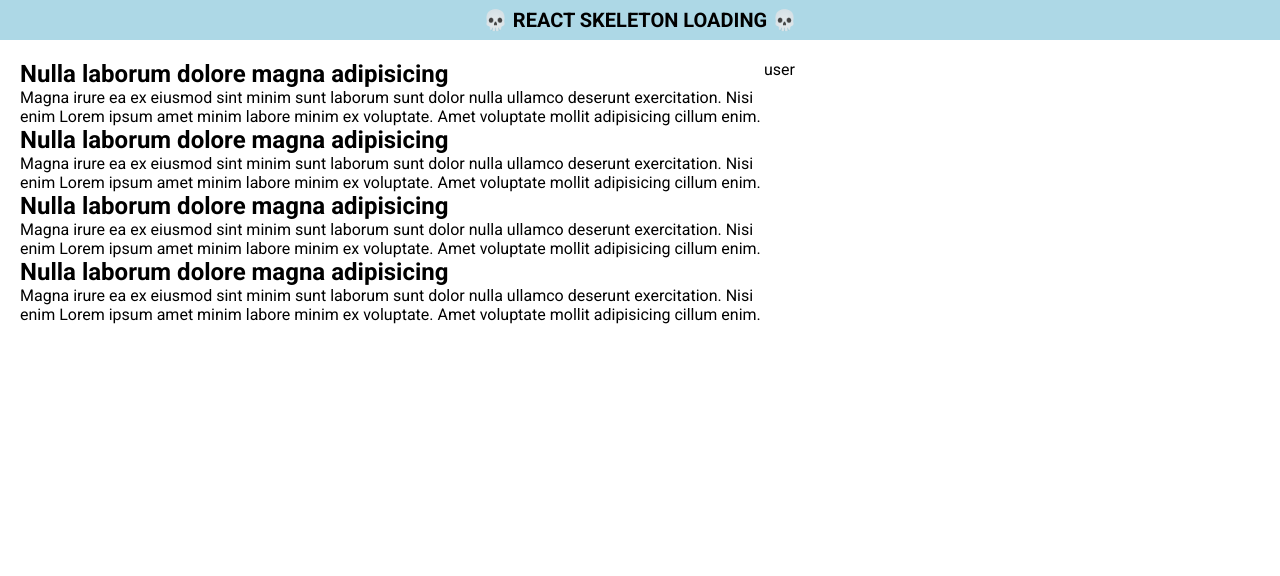
Repository: ethanJones21/React-Skeleton-Loading
Page: /
An editor plug-in stored every save of this project. The page is shown before and after the next save, followed by the edit.
The browser window is 1280 px wide. The pictures show the whole page.
The project was rebuilt for these pictures with package versions that can differ from the ones it lists, and the page was loaded fresh each time.

Above is the page before, as saved 2020-11-26 02:10:49.

### public/index.html
<!DOCTYPE html>
<html lang="en">
  <head>
    <meta charset="utf-8" />
    <link rel="icon" href="%PUBLIC_URL%/favicon.ico" />
    <meta name="viewport" content="width=device-width, initial-scale=1" />
    <meta name="theme-color" content="#000000" />
    <meta name="description" content="React skeleton loading" />
    <link rel="preconnect" href="https://fonts.gstatic.com" />
    <link
      href="https://fonts.googleapis.com/css2?family=Roboto:wght@100;300;400;500;700;900&display=swap"
      rel="stylesheet"
    />
    <title>React Skeleton</title>
  </head>
  <body>
    <noscript>You need to enable JavaScript to run this app.</noscript>
    <div id="root"></div>
  </body>
</html>

### src/App.js
import './App.css';
import Header from './components/Header';
import Posts from './components/Posts';
import User from './components/User';

function App() {
  return (
    <div className="app">
      <Header/>

      <div className="appContainer">
        <Posts/>
        <User/>
      </div>
    </div>
  );
}

export default App;

### src/App.css
*{
    margin: 0;
    font-family: 'Roboto', sans-serif;
}
.appContainer{
    display: flex;
    padding: 20px;
}

### src/components/Header.js
import React from 'react';
import "./Header.css"

const Header = () => {
    return (
        <div className="header">
            <span>💀 REACT SKELETON LOADING 💀 </span>
        </div>
    );
};

export default Header;

### src/components/Posts.js
import React from 'react';
import Post from './Post';
import "./Posts.css"

const Posts = () => {
    return (
        <div className="posts">
            <Post/>
            <Post/>
            <Post/>
            <Post/>
        </div>
    );
};

export default Posts;

### src/components/User.js
import React from 'react';
import "./User.css"

const User = () => {
    return (
        <div className="user">
            user
        </div>
    );
};

export default User;

### src/components/Header.css
.header{
    display: flex;
    align-items: center;
    justify-content: center;
    height: 40px;
    width: 100%;
    background-color: lightblue;
    font-weight: 600;
    font-size: 20px;
}

### src/components/Post.js
import React from "react";
import "./Post.css";

const Post = () => {
  return (
    <div className="post">
      <h2>
        Nulla laborum dolore magna adipisicing
      </h2>
      <p>
        Magna irure ea ex eiusmod sint minim sunt laborum sunt dolor nulla
        ullamco deserunt exercitation. Nisi enim Lorem ipsum amet minim labore
        minim ex voluptate. Amet voluptate mollit adipisicing cillum enim.
      </p>
    </div>
  );
};

export default Post;

### src/components/Posts.css
.posts{
    flex: 0.6;
}

### src/components/User.css
.user {
  flex: 0.4;
}

### src/components/Post.css
.post{
    padding: 40px auto;
}

Loaded but not shown: src/index.js (common file)

After the next save:
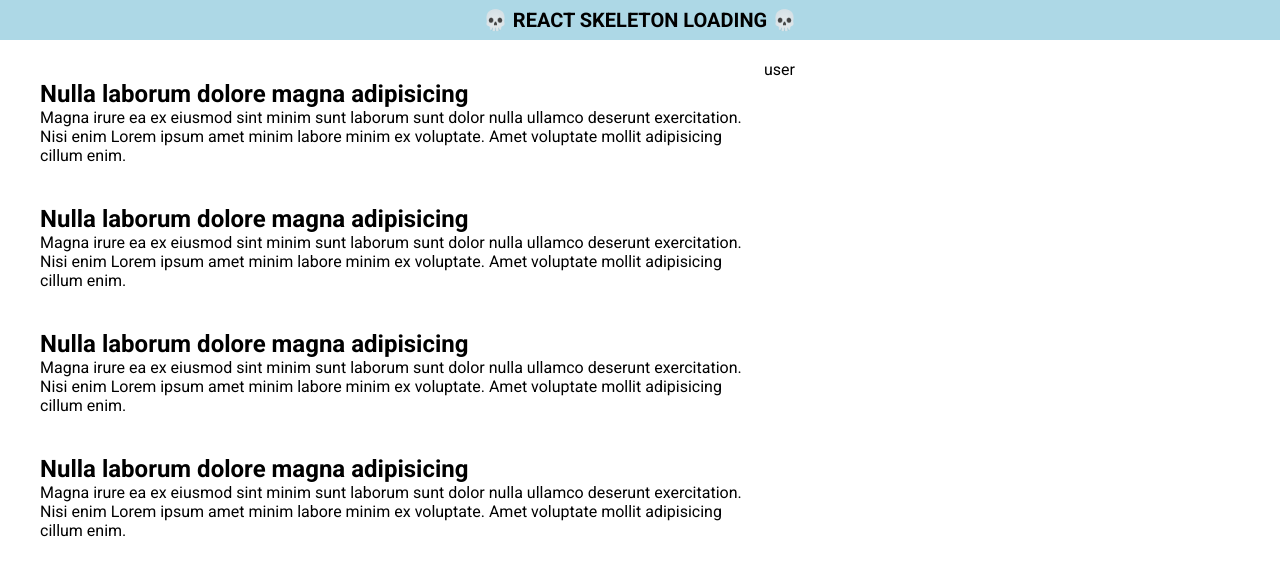
Saved 12 s later.
--- a/src/components/Post.css
+++ b/src/components/Post.css
@@ -1,3 +1,3 @@
 .post{
-    padding: 40px auto;
+    padding: 20px;
 }
